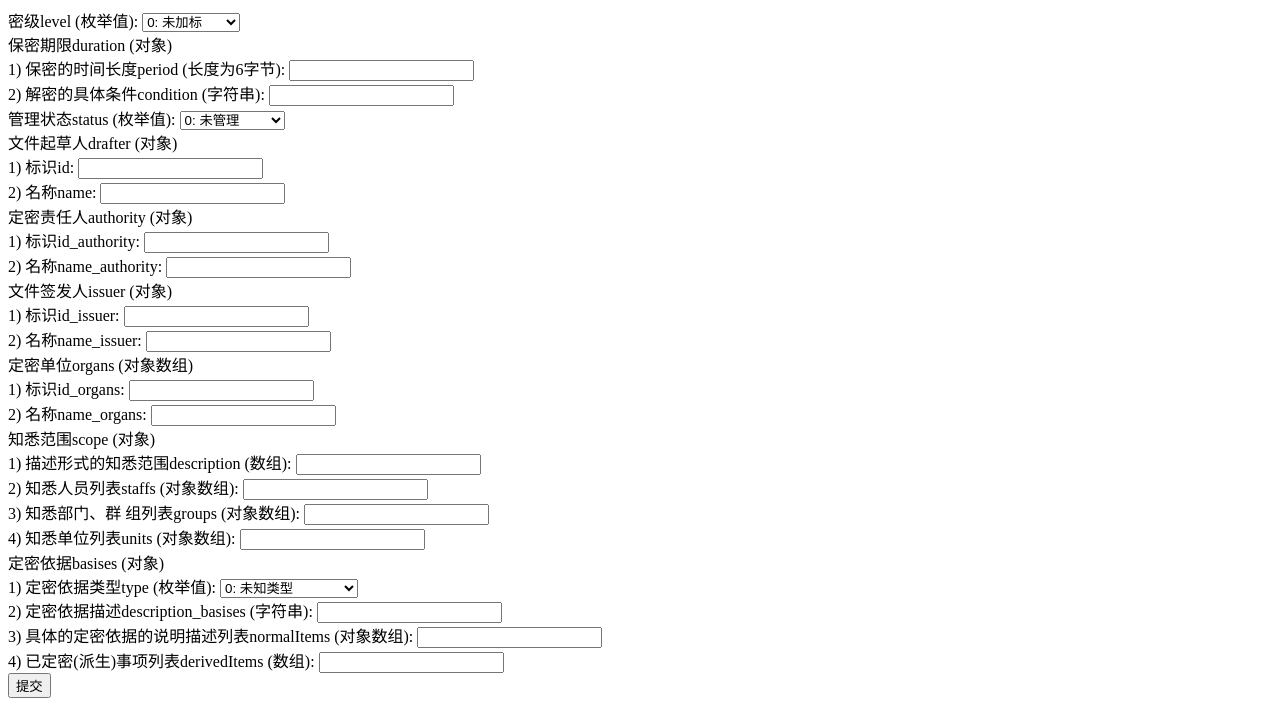
Repository: karlinglee93/eclipse-workspace
Page: jsp_test/WebContent/test.html
An editor plug-in stored every save of this project. The page is shown before and after the next save, followed by the edit.
The browser window is 1280 px wide. The pictures show the whole page.

Above is the page before, as saved 2018-07-05 03:37:34.

### jsp_test/WebContent/test.html
<!DOCTYPE html>
<html>
<head>
<meta charset="utf-8">
<title>Label</title>
</head>
<body>

<form action="main.jsp" method="GET">
密级level (枚举值):
<select name="level">
<option value="0">0: 未加标</option>
<option value="10">10: 国密公开</option>
<option value="11">11: 商密公开</option>
<option value="20">20: 国密内部</option>
<option value="21">21: 商密内部</option>
<option value="50">50: 普通商密</option>
<option value="80">80: 核心商密</option>
<option value="120">120: 秘密</option>
<option value="150">150: 机密</option>
<option value="180">180: 绝密</option>
</select>
<br />

保密期限duration (对象)
<br />
1) 保密的时间长度period (长度为6字节):
<input type="text" name="period" />
<br />
2) 解密的具体条件condition (字符串):
<input type="text" name="condition" />
<br />

管理状态status (枚举值):
<select name="status">
<option value="0">0: 未管理</option>
<option value="20">20: 忽略</option>
<option value="50">50: 预定密</option>
<option value="80">80: 正式定密</option>
<option value="110">110: 文件签发</option>
<option value="140">140: 密级变更</option>
<option value="170">170: 文件解密</option>
</select>
<br />

文件起草人drafter (对象)
<br />
1) 标识id:
<input type="text" name="id" />
<br />
2) 名称name:
<input type="text" name="name" />
<br />

定密责任人authority (对象)
<br />
1) 标识id_authority:
<input type="text" name="id_authority" />
<br />
2) 名称name_authority:
<input type="text" name="name_authority" />
<br />

文件签发人issuer (对象)
<br />
1) 标识id_issuer:
<input type="text" name="id_issuer" />
<br />
2) 名称name_issuer:
<input type="text" name="name_issuer" />
<br />

定密单位organs (对象数组)
<br />
1) 标识id_organs:
<input type="text" name="id_organs" />
<br />
2) 名称name_organs:
<input type="text" name="name_organs" />
<br />

知悉范围scope (对象)
<br />
1) 描述形式的知悉范围description (数组):
<input type="text" name="description" />
<br />
2) 知悉人员列表staffs (对象数组):
<input type="text" name="staffs" />
<br />
3) 知悉部门、群 组列表groups (对象数组):
<input type="text" name="groups" />
<br />
4) 知悉单位列表units (对象数组):
<input type="text" name="units" />
<br />

定密依据basises (对象)
<br />
1) 定密依据类型type (枚举值):
<select name="type">
<option value="0">0: 未知类型</option>
<option value="10">10: 确定性定密事项</option>
<option value="50">50: 不明确事项</option>
<option value="90">90: 无权定密事项</option>
<option value="130">130: 派生定密事项</option>
</select>
<br />
2) 定密依据描述description_basises (字符串):
<input type="text" name="description_basises" />
<br />
3) 具体的定密依据的说明描述列表normalItems (对象数组):
<input type="text" name="normalItems" />
<br />
4) 已定密(派生)事项列表derivedItems (数组):
<input type="text" name="derivedItems" />
<br />

<input type="submit" value="提交" />
</form>
</body>
</html>

After the next save:
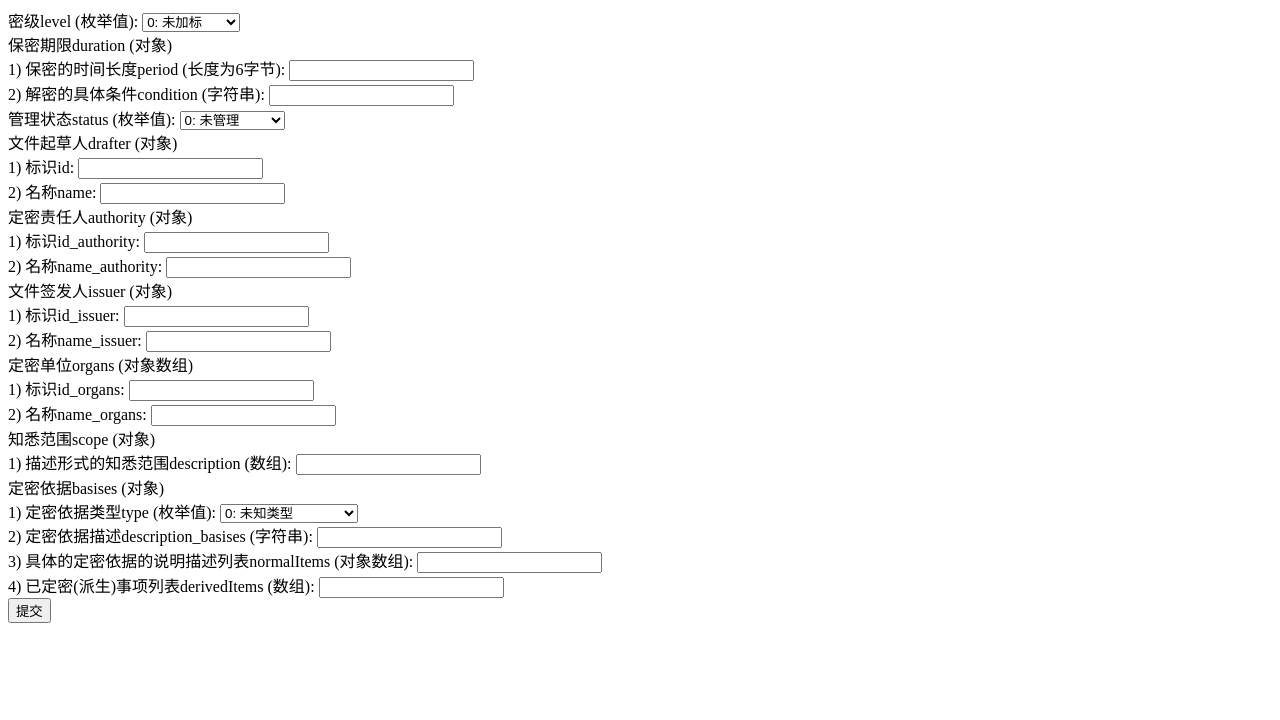
Saved 36 s later.
--- a/jsp_test/WebContent/test.html
+++ b/jsp_test/WebContent/test.html
@@ -84,15 +84,6 @@
 1) 描述形式的知悉范围description (数组):
 <input type="text" name="description" />
 <br />
-2) 知悉人员列表staffs (对象数组):
-<input type="text" name="staffs" />
-<br />
-3) 知悉部门、群 组列表groups (对象数组):
-<input type="text" name="groups" />
-<br />
-4) 知悉单位列表units (对象数组):
-<input type="text" name="units" />
-<br />
 
 定密依据basises (对象)
 <br />
